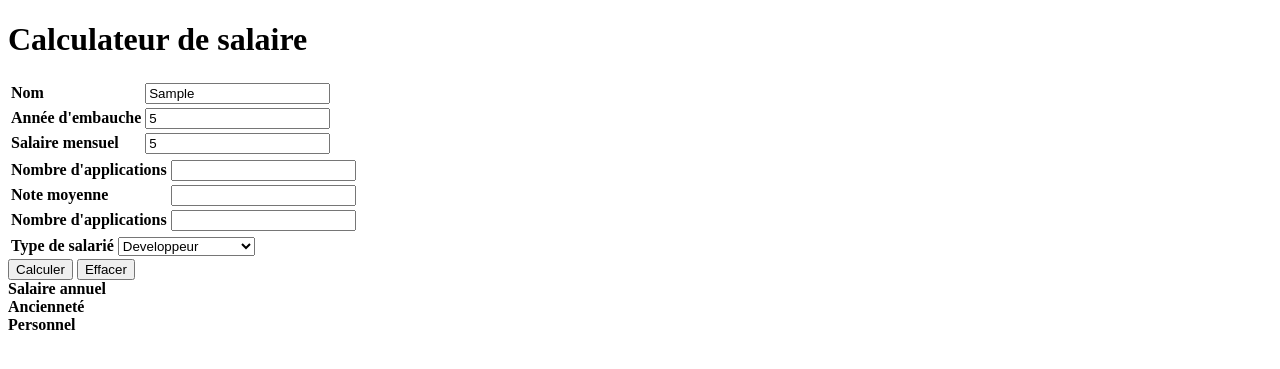
Repository: AgatheLM/formation_js
Page: insee-travaux-js/insee-client-js/tp2.html
These files come from the project's save history. The page is drawn as it stood at one moment and after the next save; the edit follows.
The browser window is 1280 px wide. The pictures show the whole page.
Empty fields were first filled with sample values (such as "Sample", 5 or name@example.com).
After loading, the first visible `#typeSalarie` was changed once.

Above is the page before, as saved 2018-01-25 10:36:56.

### insee-travaux-js/insee-client-js/tp2.html
<!DOCTYPE html>
<html>
<head>
	<meta charset="utf-8">
	<meta http-equiv="X-UA-Compatible" content="IE=edge">
	<title>TP 2</title>
	<script type="text/javascript" src="scripts/TP2/classe.js"></script>
	<script type="text/javascript" src="scripts/TP2/main.js"></script>
</head>

<body>
<h1> Calculateur de salaire</h1>
<form>
	<table>
		<tbody>
			<tr>
				<td> <label for="nom"> <strong> Nom </strong> </label></td>
				<td> <input type="text" id="nom" name="nom" value=""> </td>
			</tr>
			<tr>
				<td> <label for="anEmbauche"> <strong> Année d'embauche </strong> </label></td>
				<td> <input type="number" id="anEmbauche" name="anEmbauche" value=""> </td>
			</tr>
			<tr>
				<td> <label for="salaireM"> <strong> Salaire mensuel </strong> </label></td>
				<td> <input type="number" id="salaireM" name="salaireM" value=""> </td>
			</tr>
		</tbody>
	</table>
	<div id="divDev" style="display:none">
		<table>
			<tbody>
					<tr>
						<td> <label for="nbAppli"> <strong> Nombre d'applications </strong> </label></td>
						<td> <input type="number" id="nbAppli" name="nbAppli" value=""> </td>
					</tr>
					<tr>
						<td> <label for="note"> <strong> Note moyenne </strong> </label></td>
						<td> <input type="number" id="note" name="note" value=""> </td>
					</tr>
					<tr>
						<td> <label for="nbAppli"> <strong> Nombre d'applications </strong> </label></td>
						<td> <input type="number" id="nbAppli" name="nbAppli" value=""> </td>
					</tr>
			</tbody>
		</table>
	</div>
	<div id="divCom" style="display:none">
		<table>
			<tbody>
					<tr>
						<td> <label for="pourcent"> <strong> Pourcentage (en %) </strong> </label></td>
						<td> <input type="number" id="pourcent" name="pourcent" value=""> </td>
					</tr>
					<tr>
						<td> <label for="caMoy"> <strong> Chiffre d'affaire moyen </strong> </label></td>
						<td> <input type="number" id="caMoy" name="caMoy" value=""> </td>
					</tr>
					<tr>
						<td> <label for="nbClient"> <strong> Nombre de clients </strong> </label></td>
						<td> <input type="number" id="nbClient" name="nbClient" value=""> </td>
					</tr>
				</tbody>
			</table>
	</div >
	<table>
		<tbody>
			<tr>
				<td> <label for="typeSalarie"> <strong>Type de salarié </strong> </label></td>
				<td><select name="typeSalarie" id="typeSalarie" onchange="methodeAfficheDiv()">
							<option value="none" selected="selected">selectionner le type </option>
							<option value="dev">Developpeur</option>
							<option value="com">Commercial</option>
					</select></td>
			</tr>
		</tbody>
	</table>
	<input type="button" value="Calculer" onClick="calculer()">
	<input type="reset" value="Effacer" onClick="effacer()"><br>
	<label for="salAn"> <strong> Salaire annuel </strong> </label>
	<label id="salAn" name="salAn">  </label><br>
	<label for="anciennete"> <strong> Ancienneté </strong> </label>
	<label id="anciennete" name="anciennete"> </label><br>
	<label for="persoString"> <strong> Personnel </strong> </label>
	<label id="persoString" name="persoString"> </label><br>

</form>
</body>

### insee-travaux-js/insee-client-js/scripts/TP2/classe.js
/*******************************************************************************
 * Personnel *
 ******************************************************************************/

function Personnel(nom, anEmbauche, salaireM) {
	// Attributs
	this.nom = nom;
	this.anEmbauche = anEmbauche;
	this.salaireM = salaireM;
}

//Méthodes
Personnel.prototype.getSalaireA = function() {
	return 12 * this.salaireM;
}
Personnel.prototype.getAnciennete = function() {
	var today=new Date();
	var anneeEnCours = today.getFullYear();
	return anneeEnCours-anAmbauche;
}

/*******************************************************************************
 * Developpeur *
 ******************************************************************************/

function Developpeur(nom, anEmbauche, salaireM, nbApp, note) {
	// Attributs parents
	Personnel.call(this, nom, anEmbauche, salaireM);
	// Attributs propres
	this.nbApp = nbApp;
	this.note = note;
}

/*******************************************************************************
 * Commercial *
 ******************************************************************************/

function Commercial(nom, anEmbauche, salaireM, nbClient, caMoy) {
	// Attributs parents
	Personnel.call(this, nom, anEmbauche, salaireM);
	// Attributs propres
	this.nbClient = nbClient;
	this.caMoy = caMoy;
}

//Méthodes
/**On instancie le fait que commercial est une instance de personnel pour pouvoire hériter des méthodes*/
Commercial.prototype= new Personnel();
Commercial.prototype.getSalaireA = function(pourcentage){
	var salaireA = this.constructor.prototype.getSalaireA.call(this);
	return salaireA + (this.caMoy*pourcentage/100);
}

### insee-travaux-js/insee-client-js/scripts/TP2/main.js
// Cacher - afficher les div en fonction du select
 function methodeAfficheDiv(){
	 try{
		 var div = document.getElementById("typeSalarie").value;
		 if (div=="dev"){
			 document.getElementById("divDev").style.display="";
			 document.getElementById("divCom").style.display="none";
		 }else if (div=="com"){
			 document.getElementById("divDev").style.display="none";
			 document.getElementById("divCom").style.display="";
		 }else{
			 document.getElementById("divDev").style.display="none";
			 document.getElementById("divCom").style.display="none";
		 }

	 }catch(e){
		 console.log(e);
	 }
 }

After the next save:
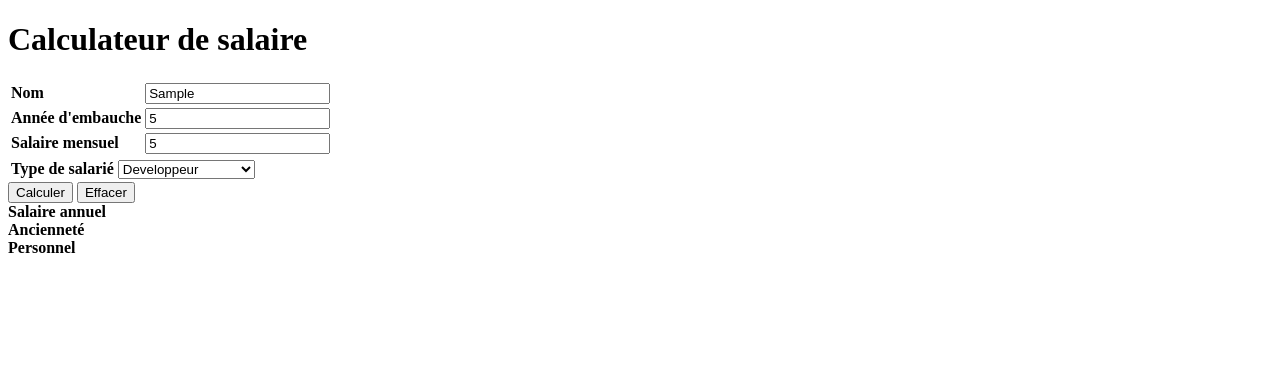
Console error: ReferenceError: ElementReader is not defined
Saved 2 min 41 s later.
--- a/insee-travaux-js/insee-client-js/scripts/TP2/main.js
+++ b/insee-travaux-js/insee-client-js/scripts/TP2/main.js
@@ -1,7 +1,15 @@
+// Pour rempalcer le document.getElementById et rester en objet
+var reader = new ElementReader();
+var writer = new ElementWriter();
+
+
+
+
 // Cacher - afficher les div en fonction du select
  function methodeAfficheDiv(){
 	 try{
-		 var div = document.getElementById("typeSalarie").value;
+		 //var div = document.getElementById("typeSalarie").value;
+		 var div = reader.InputText("typeSalarie");
 		 if (div=="dev"){
 			 document.getElementById("divDev").style.display="";
 			 document.getElementById("divCom").style.display="none";
